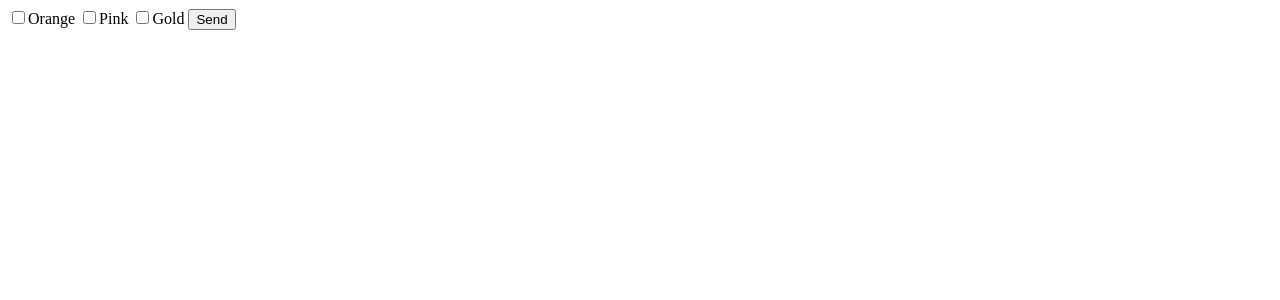
Repository: ponchanx/basic_php_webdev-master
Page: http://localhost/work/web/index.php
An editor plug-in stored every save of this project. The page is shown before and after a run of saves, followed by the edit.
The browser window is 1280 px wide. The pictures show the whole page.
The page is run by PHP 8.4 with error messages shown; the project is at /var/www/html/.

Above is the page before, as saved 2022-02-18 13:15:33.

After the next 2 saves:
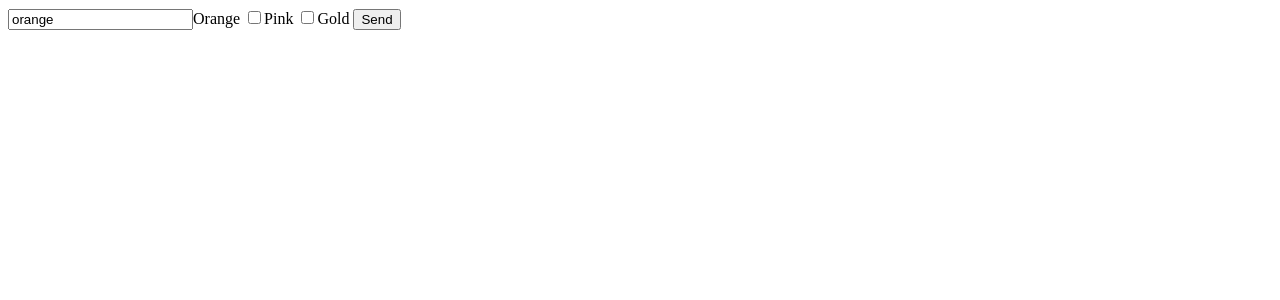
The 2 saves are shown as one change because they came seconds apart.
The last was saved 5 min 35 s later.
--- a/work/web/index.php
+++ b/work/web/index.php
@@ -17,7 +17,7 @@ include('../app/_parts/_header.php');
   <!-- 複数行の文字列を送信するtextarea。  -->
   <!-- <textarea name="message"></textarea> -->
 
-  <label><input type="checkbox" name="colors[]" value="orange">Orange</label>
+  <label><input type="" name="colors[]" value="orange">Orange</label>
   <label><input type="checkbox" name="colors[]" value="pink">Pink</label>
   <label><input type="checkbox" name="colors[]" value="gold">Gold</label>
   <button>Send</button>
